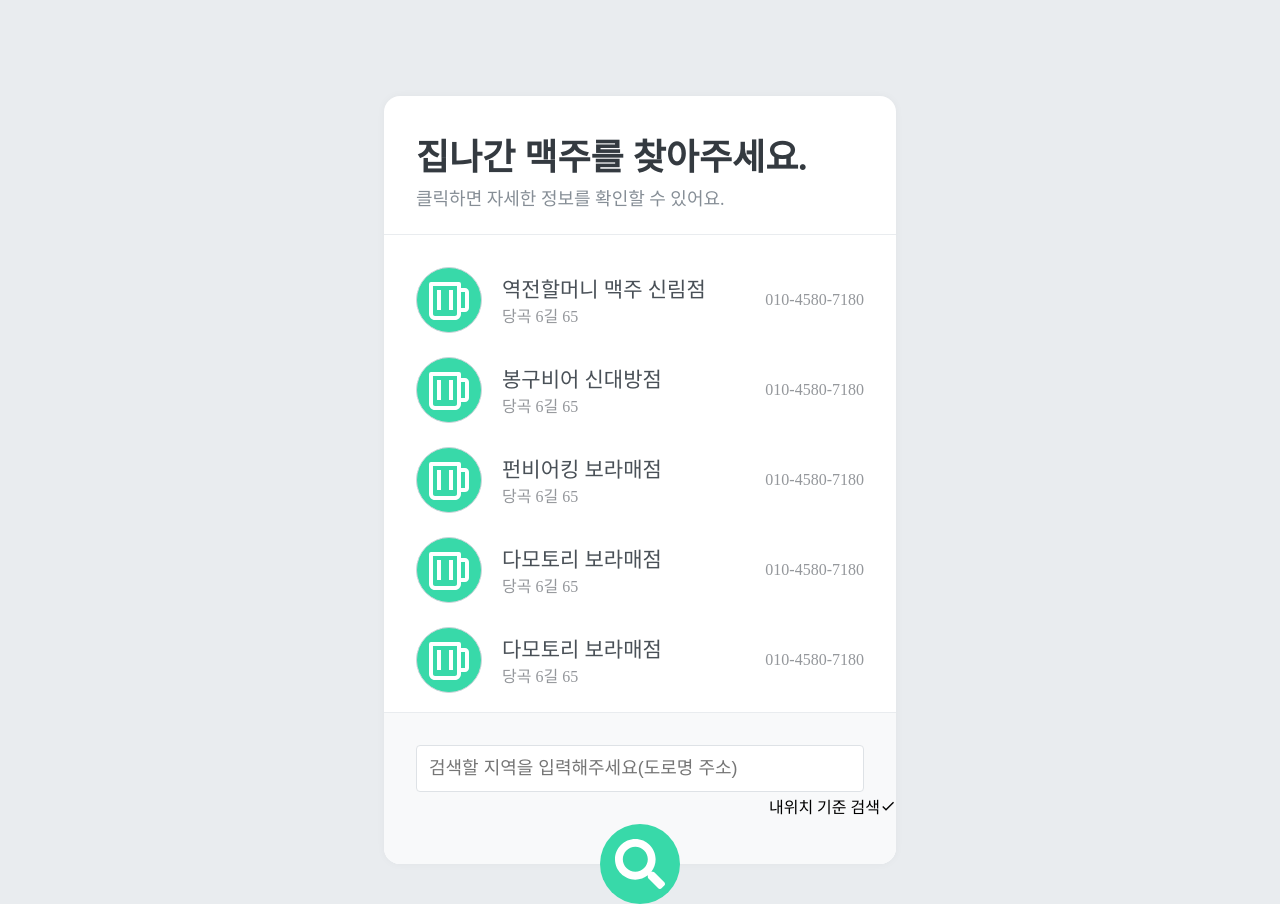
Repository: THE-SOPT-WEB/kimNamjun
Page: / (app in week4/bring-my-beer/)
An editor plug-in stored every save of this project. The page is shown before and after a run of saves, followed by the edit.
The browser window is 1280 px wide. The pictures show the whole page.
An inner scrolling area shows only its first screen. The project was rebuilt for these pictures with package versions that can differ from the ones it lists, and the page was loaded fresh each time.

Above is the page before, as saved 2022-05-13 02:14:59.

After the next 3 saves:
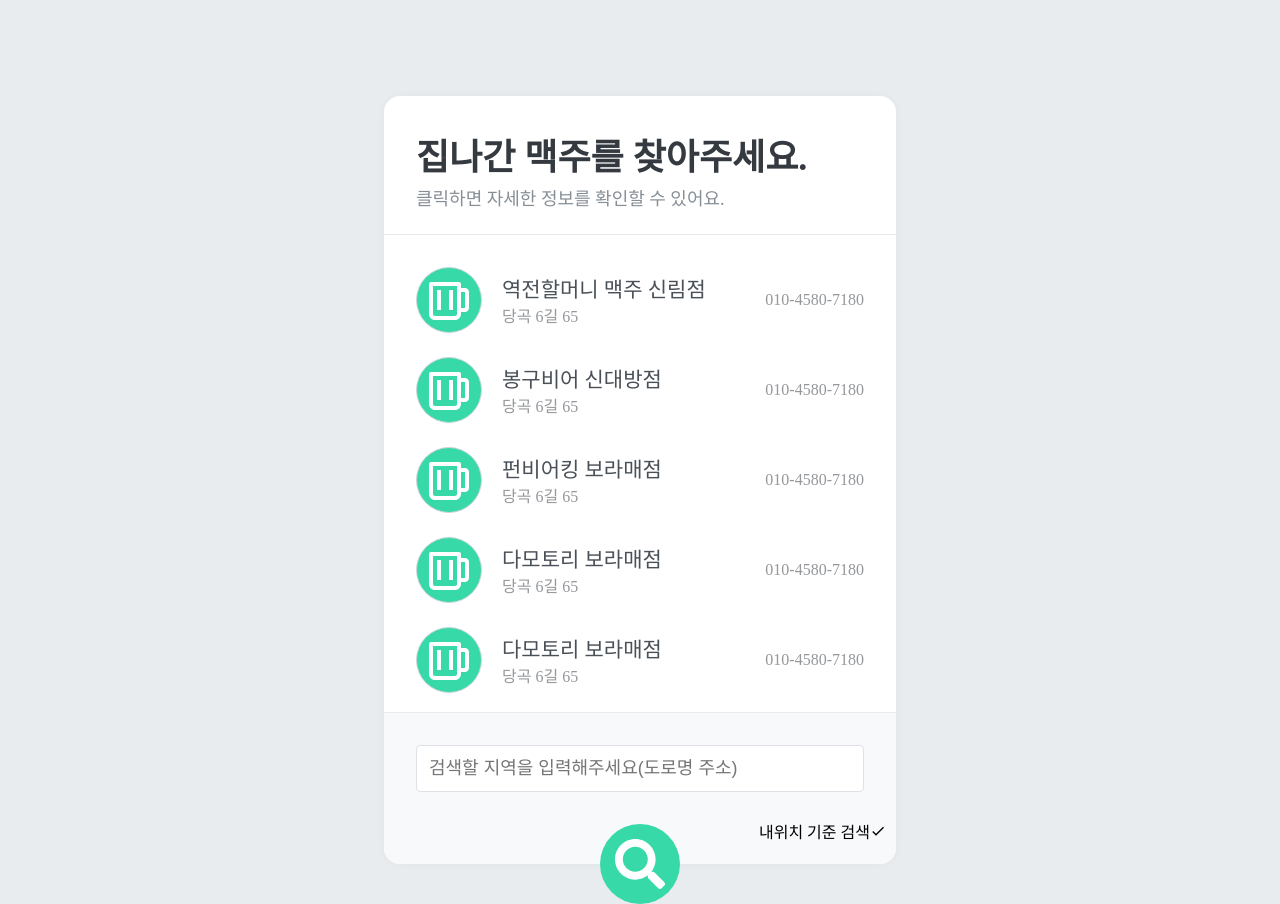
The 3 saves are shown as one change because they came seconds apart.
The last was saved 9 s later.
--- a/week4/bring-my-beer/src/components/Search.jsx
+++ b/week4/bring-my-beer/src/components/Search.jsx
@@ -62,8 +62,8 @@ const Input = styled.input`
 const CheckBox = styled.div`
   font-size: 16px;
   position: absolute;
-  right: 0px;
-  bottom: 30px;
+  right: 10px;
+  bottom: 5px;
   display: flex;
   align-items: center;
   justify-content: center;
